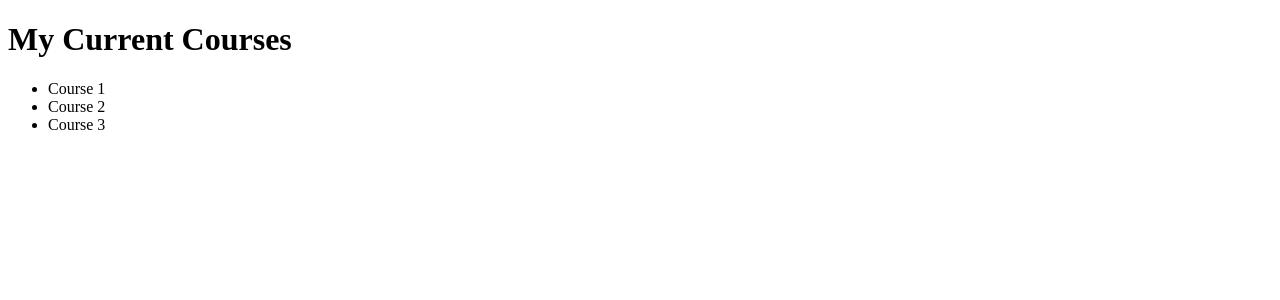
Repository: yellowspots/geneweb
Page: currentcourses.html
An editor plug-in stored every save of this project. The page is shown before and after the next save, followed by the edit.
The browser window is 1280 px wide. The pictures show the whole page.

Above is the page before, as saved 2024-05-01 21:34:19.

After the next save:
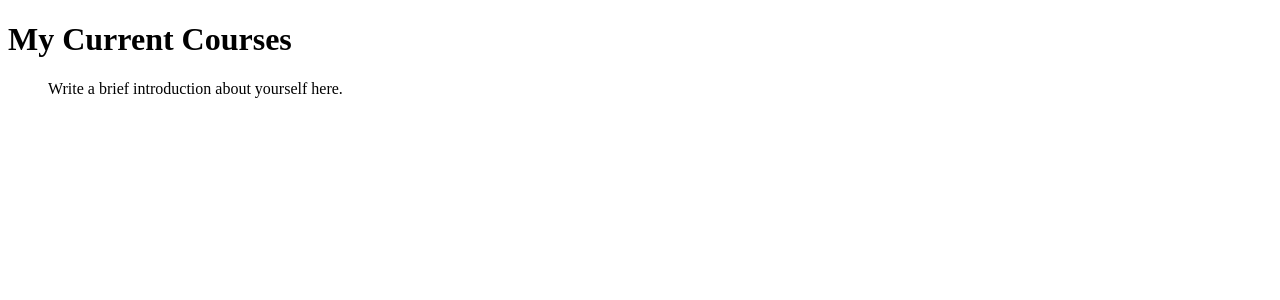
Saved 15 s later.
--- a/currentcourses.html
+++ b/currentcourses.html
@@ -6,9 +6,7 @@
 <body>
     <h1>My Current Courses</h1>
     <ul>
-        <li>Course 1</li>
-        <li>Course 2</li>
-        <li>Course 3</li>
+        <p>Write a brief introduction about yourself here.</p>
     </ul>
 </body>
 </html>
